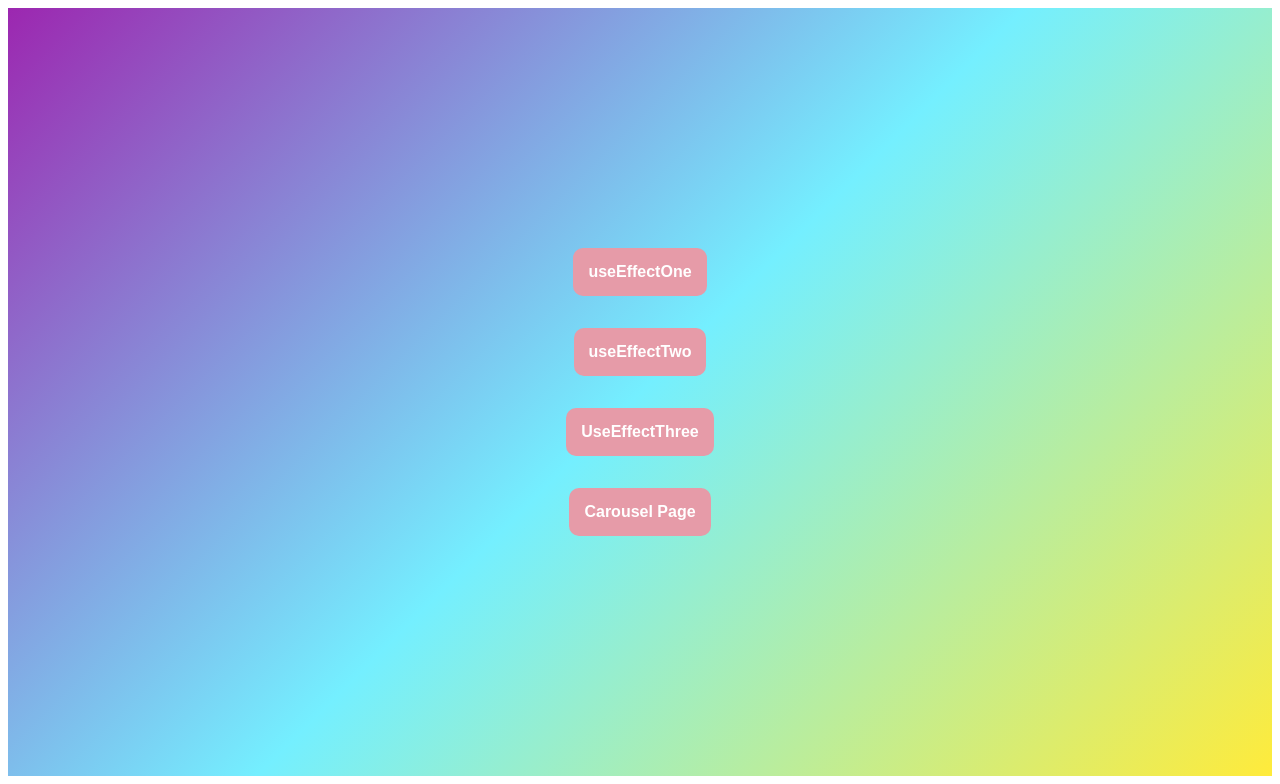
Repository: jjennbui/class8
Page: /
The author's editor kept a copy of each file at every save. The page is drawn from the files as they stood at one save, then again after a run of saves.
The browser window is 1280 px wide. The pictures show the whole page.
The project was rebuilt for these pictures with package versions that can differ from the ones it lists, and the page was loaded fresh each time. The framework's server and built-in components were replaced by stand-ins that run in the browser. Also part of the build but not shown: next.config.js.

Above is the page before, as saved 2023-02-20 17:43:03.

### pages/index.js
import Head from 'next/head'
import styles from '@/styles/Home.module.css'
import Link from 'next/link'


export default function Home() {
  return (
    <>
      <Head>
        <title>Create Next App</title>
        <meta name="description" content="Generated by create next app" />
        <meta name="viewport" content="width=device-width, initial-scale=1" />
        <link rel="icon" href="/favicon.ico" />
      </Head>

      <main className={styles.main}>
        <Link href="/useEffectOne" className={styles.text}>useEffectOne</Link>
        <Link href="/useEffectTwo" className={styles.text}>useEffectTwo</Link>
        <Link href="/useEffectThree" className={styles.text}>UseEffectThree</Link>
        <Link href="/carouselPage" className={styles.text}>Carousel Page</Link>
      </main>
    </>
  )
}

### styles/globals.css
:root {

}

### styles/Home.module.css
.main {

  display: flex;
  flex-direction: column;
  justify-content: space-between;
  align-items: center;
  padding: 15rem;
  min-height: 40vh;
  background: linear-gradient(-45deg, #ffeb3b, #74efff, #9c27b0);
  background-size: cover;
  animation: gradient-bg 20s ease infinite;

}

@keyframes gradient-bg {
  0% {
    background-position: 0% 50%;
  }
  50% {
    background-position: 100% 50%;
  }
  100% {
    background-position: 0% 50%;
  }
  }

.text{
  color: white;
  text-decoration: none;
  font-family: Arial, Helvetica, sans-serif;
  font-weight: bold;
  background-color: rgb(230, 155, 168);
  padding: 15px;
  border-radius: 10px;

}

Loaded but not shown: pages/_app.js (common file); pages/_document.js (common file)

After the next 2 saves:
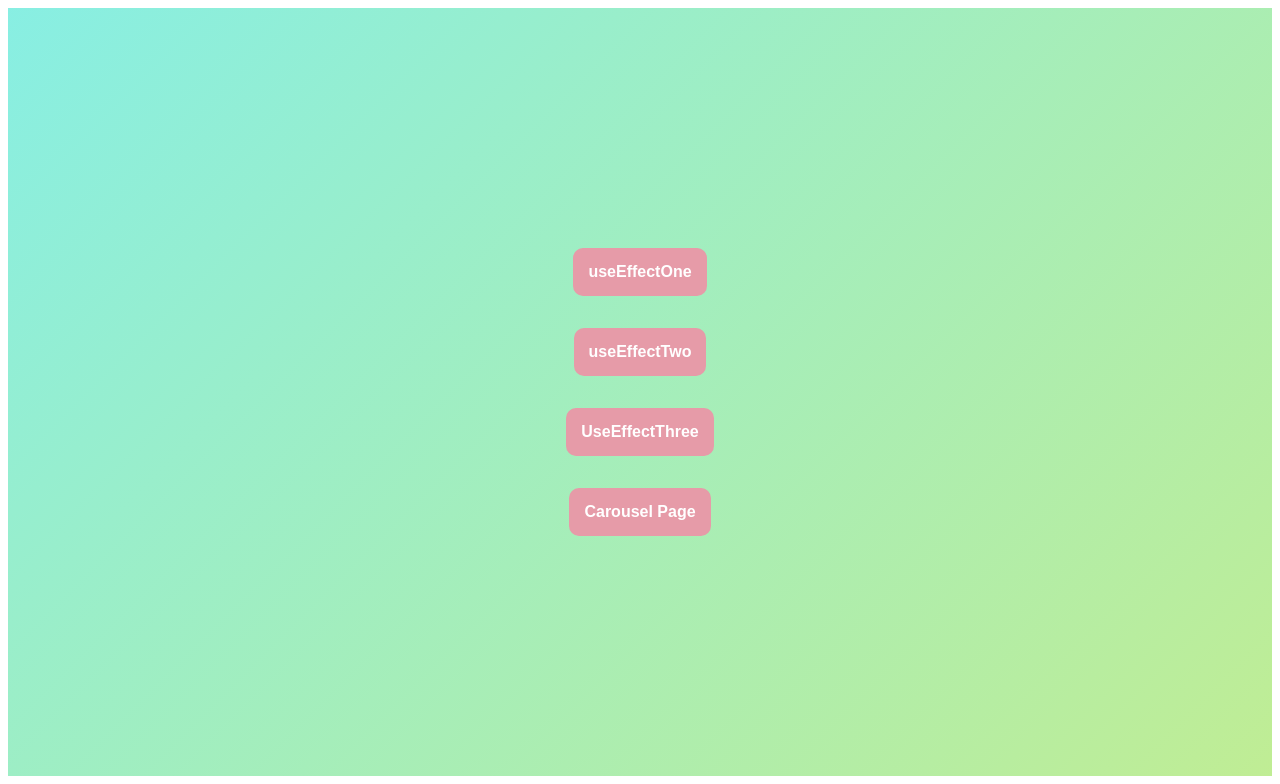
The 2 saves are shown as one change because they came seconds apart.
The last was saved 7 s later.
--- a/styles/Home.module.css
+++ b/styles/Home.module.css
@@ -7,7 +7,7 @@
   padding: 15rem;
   min-height: 40vh;
   background: linear-gradient(-45deg, #ffeb3b, #74efff, #9c27b0);
-  background-size: cover;
+  background-size: 500% 500%;
   animation: gradient-bg 20s ease infinite;
 
 }

After the 4 saves that followed:
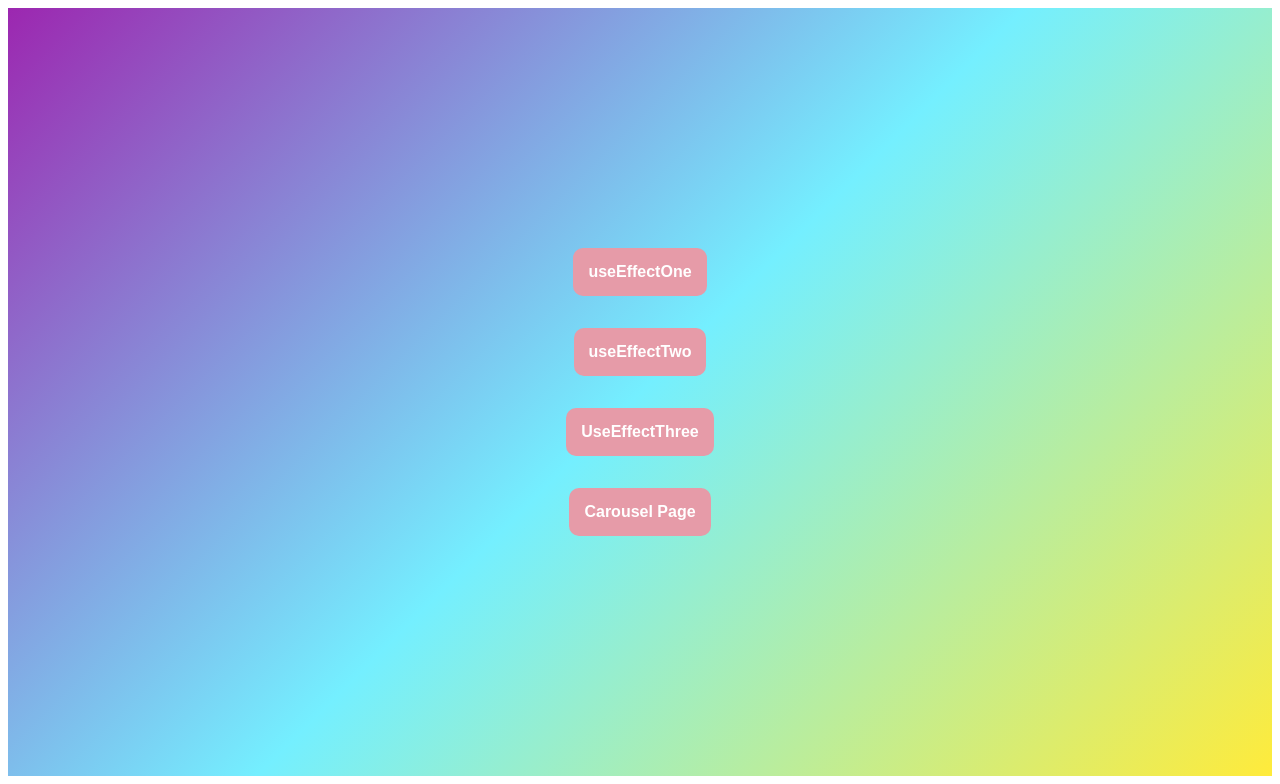
The 4 saves are shown as one change because 3 left the picture as it was.
The last was saved 56 s later.
--- a/styles/Home.module.css
+++ b/styles/Home.module.css
@@ -7,7 +7,7 @@
   padding: 15rem;
   min-height: 40vh;
   background: linear-gradient(-45deg, #ffeb3b, #74efff, #9c27b0);
-  background-size: 500% 500%;
+
   animation: gradient-bg 20s ease infinite;
 
 }
